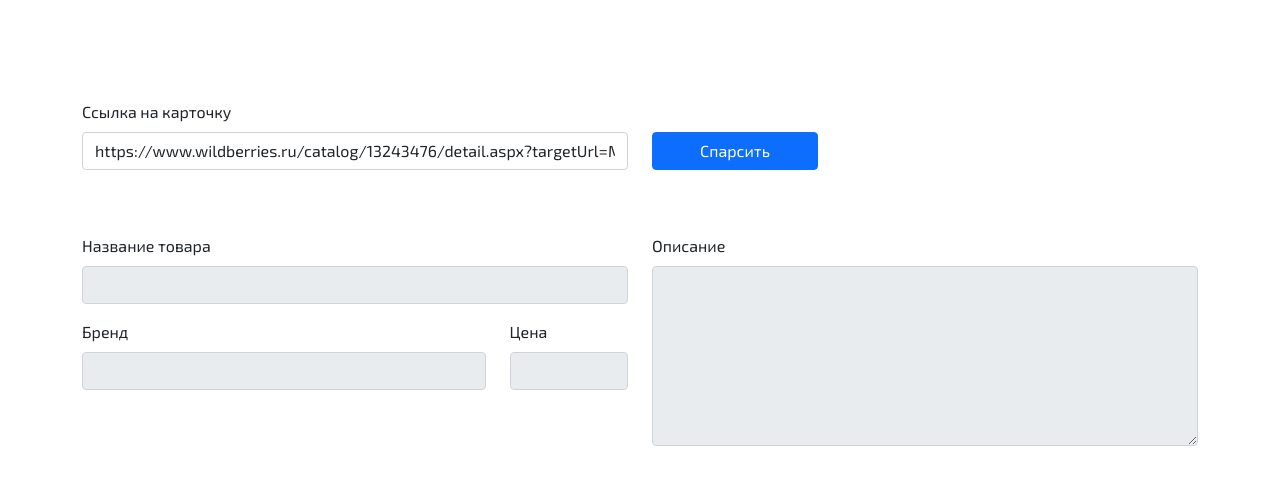
Repository: yozuul/wildberries-product-card-parser-api-exchange
Page: public/panel.html
The author's editor kept a copy of each file at every save. The page is drawn from the files as they stood at one save, then again after the next save.
The browser window is 1280 px wide. The pictures show the whole page.

Above is the page before, as saved 2021-08-20 06:46:15.

After the next save:
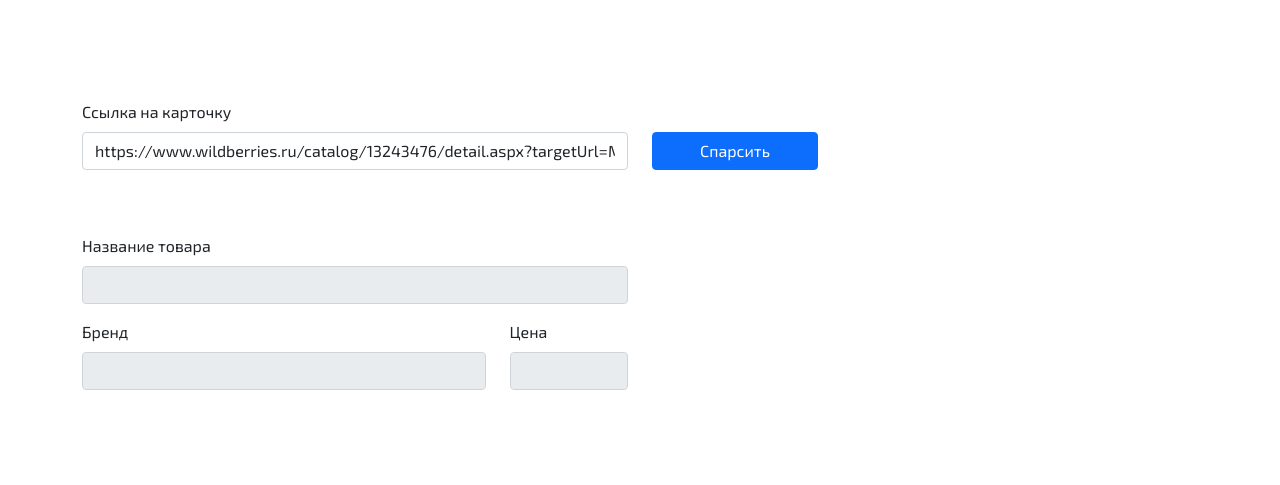
Saved 10 s later.
--- a/public/panel.html
+++ b/public/panel.html
@@ -83,8 +83,8 @@
                <label for="productConsist" class="form-label">Состав</label>
                <input type="text" class="form-control" id="productConsist">
             </div>
-            <div class="mb-3">
-               <label for="productDesc  dn" class="form-label">Описание</label>
+            <div class="mb-3  dn">
+               <label for="productDesc" class="form-label">Описание</label>
                <textarea type="text" class="form-control" id="productDesc" readonly></textarea>
             </div>
             <div id="productParams_wrapper" class="mb-3 dn">

After the save that followed:
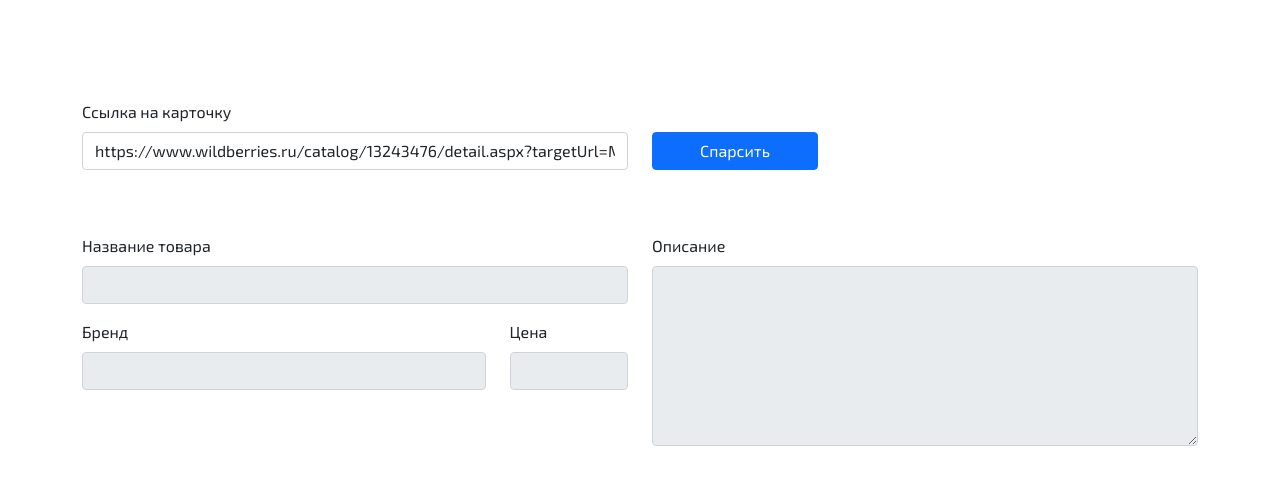
Saved 3 min 13 s later.
--- a/public/panel.html
+++ b/public/panel.html
@@ -83,7 +83,7 @@
                <label for="productConsist" class="form-label">Состав</label>
                <input type="text" class="form-control" id="productConsist">
             </div>
-            <div class="mb-3  dn">
+            <div class="mb-3">
                <label for="productDesc" class="form-label">Описание</label>
                <textarea type="text" class="form-control" id="productDesc" readonly></textarea>
             </div>
